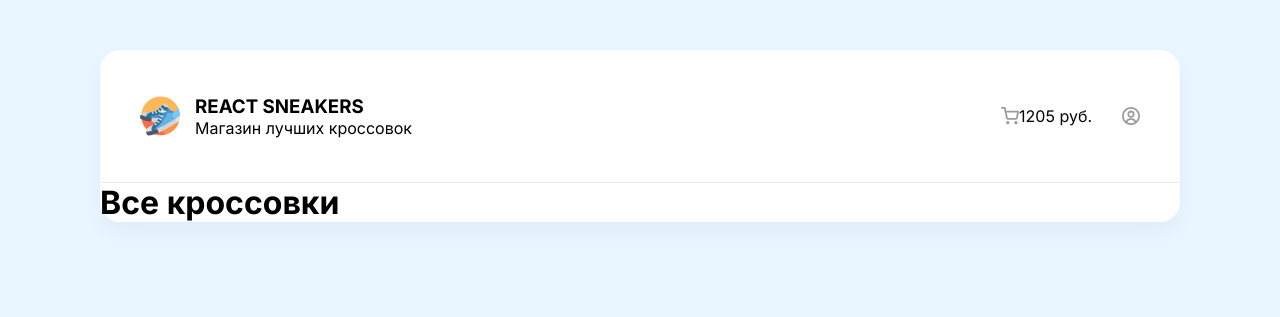
Repository: VaheHarutyunyan/react-sneakers
Page: /
An editor plug-in stored every save of this project. The page is shown before and after the next save, followed by the edit.
The browser window is 1280 px wide. The pictures show the whole page.
The project was rebuilt for these pictures with package versions that can differ from the ones it lists, and the page was loaded fresh each time.

Above is the page before, as saved 2021-07-22 13:06:35.

### public/index.html
<!DOCTYPE html>
<html lang="en">

<head>
  <meta charset="utf-8" />
  <link rel="icon" href="%PUBLIC_URL%/favicon.ico" />
  <meta name="viewport" content="width=device-width, initial-scale=1" />
  <meta name="theme-color" content="#000000" />
  <meta name="description" content="Web site created using create-react-app" />
  <link rel="apple-touch-icon" href="%PUBLIC_URL%/logo192.png" />
  <!--
      manifest.json provides metadata used when your web app is installed on a
      user's mobile device or desktop. See https://developers.google.com/web/fundamentals/web-app-manifest/
    -->
  <link rel="manifest" href="%PUBLIC_URL%/manifest.json" />
  <!--
      Notice the use of %PUBLIC_URL% in the tags above.
      It will be replaced with the URL of the `public` folder during the build.
      Only files inside the `public` folder can be referenced from the HTML.

      Unlike "/favicon.ico" or "favicon.ico", "%PUBLIC_URL%/favicon.ico" will
      work correctly both with client-side routing and a non-root public URL.
      Learn how to configure a non-root public URL by running `npm run build`.
    -->
  <link rel="preconnect" href="https://fonts.googleapis.com">
  <link rel="preconnect" href="https://fonts.gstatic.com" crossorigin>
  <link href="https://fonts.googleapis.com/css2?family=Inter:wght@400;500;600;700;800&display=swap" rel="stylesheet">
  <title>React Sneakers</title>
</head>

<body>
  <noscript>You need to enable JavaScript to run this app.</noscript>
  <div id="root"></div>
  <!--
      This HTML file is a template.
      If you open it directly in the browser, you will see an empty page.

      You can add webfonts, meta tags, or analytics to this file.
      The build step will place the bundled scripts into the <body> tag.

      To begin the development, run `npm start` or `yarn start`.
      To create a production bundle, use `npm run build` or `yarn build`.
    -->
</body>

</html>

### src/index.scss
// @import url('https://fonts.googleapis.com/css2?family=Inter:wght@400;500;600;700;800&display=swap');

body {
  margin: 0;
  font-family:'Inter', system-ui;
  -webkit-font-smoothing: antialiased;
  -moz-osx-font-smoothing: grayscale;
  background: #E7F6FF;
}
*{
  list-style: none;
  text-decoration: none;
}
.wrapper{
  background: #FFFFFF;
  box-shadow: 0px 10px 20px rgba(0, 0, 0, 0.04);
  border-radius: 20px;
  max-width: 1080px;
  margin: 50px auto;
}
header{
  display: flex;
  justify-content: space-between;
  align-items: center;
  padding: 40px;
  border-bottom: 1px solid #EAEAEA;

  .headerLeft{
    display: flex;
    align-items: center;

    img{
      margin-right: 15px;
    }
    h3,p{
      margin: 0;
    }
    .headerInfo{
      h3{
        text-transform: uppercase;
      }
    }
  }
  .headerRight{
    display: flex;
    li{
      display: flex;
      align-items: center;
    }
    .chart{
      margin-right: 30px;
    }
  }
}
.content{
  h1{
    margin: 0;
  }
}

### src/App.js

function App() {
  return (
    <div className="wrapper">
      <header>
        <div className="headerLeft">
          <img width="40" height="40" src="/img/logo.png" alt="logo" />
          <div className="headerInfo">
            <h3>REACT SNEAKERS</h3>
            <p>Магазин лучших кроссовок</p>
          </div>
        </div>
        <ul className="headerRight">
          <li className="chart">
            <img src="/img/cart.svg" width={18} height={18} alt="" />
            <span>1205 руб.</span>
          </li>
          <li>
            <img src="/img/user.svg" width={18} height={18} alt="" />
          </li>
        </ul>
      </header>
      <div className="content">
        <h1>Все кроссовки</h1>
      </div>
    </div>
  );
}

export default App;

Loaded but not shown: src/index.js (common file)

After the next save:
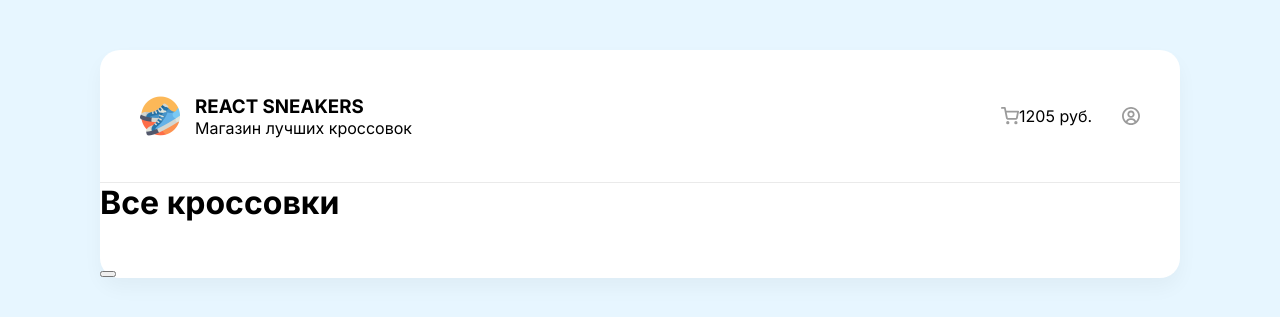
Saved 4 min 59 s later.
--- a/src/App.js
+++ b/src/App.js
@@ -22,6 +22,17 @@
       </header>
       <div className="content">
         <h1>Все кроссовки</h1>
+        <div className="card">
+          <img src="" alt="" />
+          <p></p>
+          <div>
+            <div>
+              <span></span>
+              <b></b>
+            </div>
+            <button></button>
+          </div>
+        </div>
       </div>
     </div>
   );
